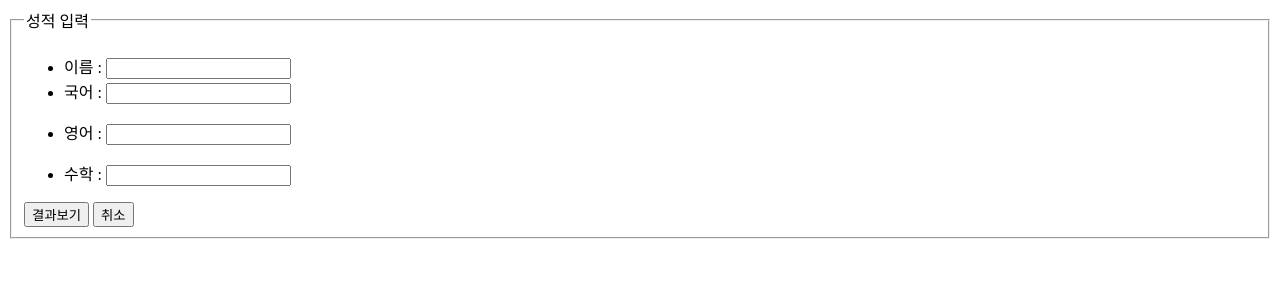
Repository: hagjun/jspstudy
Page: http://localhost/01_servlet/view/ex14.jsp
An editor plug-in stored every save of this project. The page is shown before and after the next save, followed by the edit.
The browser window is 1280 px wide. The pictures show the whole page.
The page is served by Tomcat 9. Other server files are loaded and not shown.

Above is the page before, as saved 2024-03-06 03:15:21.

### 01_servlet/src/main/webapp/view/ex14.jsp
<%@ page language="java" contentType="text/html; charset=UTF-8"
    pageEncoding="UTF-8"%>
<!DOCTYPE html>
<html>
<head>
<meta charset="UTF-8">
<title>Insert title here</title>
<style type="text/css">

</style>
</head>
<body>
	<form action="" method="post" id="myform">
		<fieldset>
			<legend> 성적 입력</legend>
			<ul>
				<li><label for="name">이름 : </label><input type="text" id="name" name="name" required></li>
				<li><label for="kor">국어 : </label><input type="number" id="kor" name="kor" required></p>
				<li><label for="eng">영어 : </label><input type="number" id="eng" name="eng" required></p>
				<li><label for="math">수학 : </label><input type="number" id="math" name="math" required></p>
			</ul>
			<input type="submit" value="결과보기">
			<input type="reset" value="취소">
		</fieldset>
	</form>
</body>
</html>

After the next save:
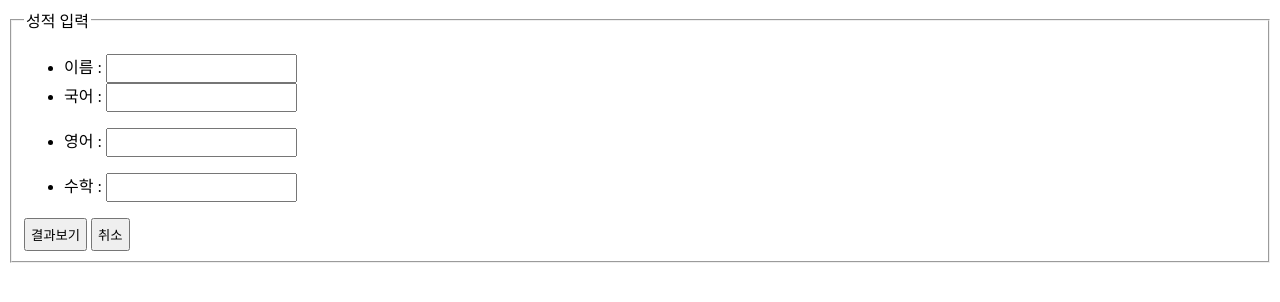
Saved 33 s later.
--- a/01_servlet/src/main/webapp/view/ex14.jsp
+++ b/01_servlet/src/main/webapp/view/ex14.jsp
@@ -6,7 +6,7 @@
 <meta charset="UTF-8">
 <title>Insert title here</title>
 <style type="text/css">
-
+	#myform input{padding: 5px;}
 </style>
 </head>
 <body>
